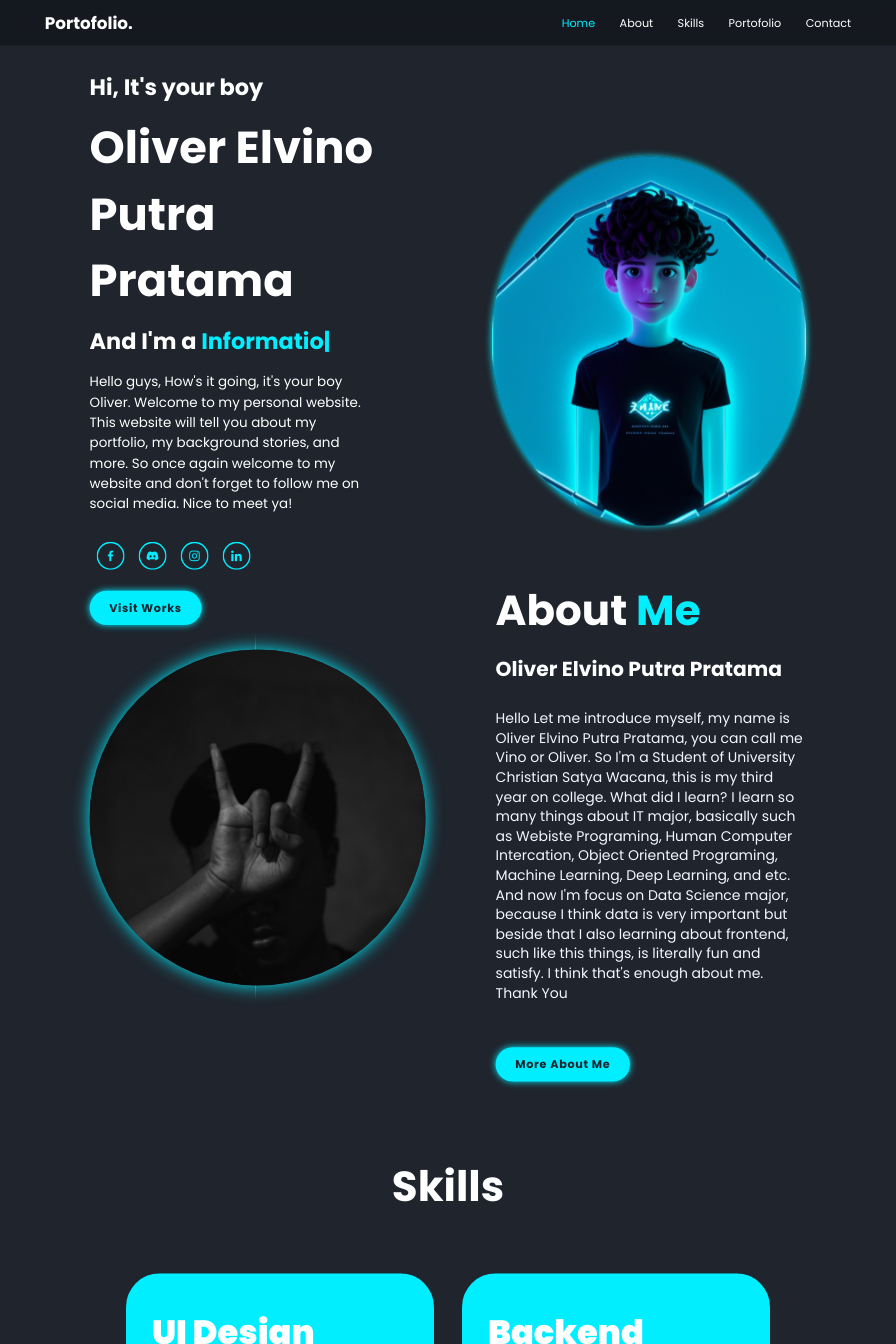
Repository: Olovrelvino/personalWebsite-HtmlCssJs-project
Page: main.html
The author's editor kept a copy of each file at every save. The page is drawn from the files as they stood at one save, then again after the next save.
The browser window is 1280 px wide. The pictures show the part of the page from y = 0 to 1920 px (the page is 3753 px tall before and 3629 px after), at 70% of full size.
Some web libraries are served in a nearby version.

Above is the page before, as saved 2024-09-23 22:51:30.

After the next save:
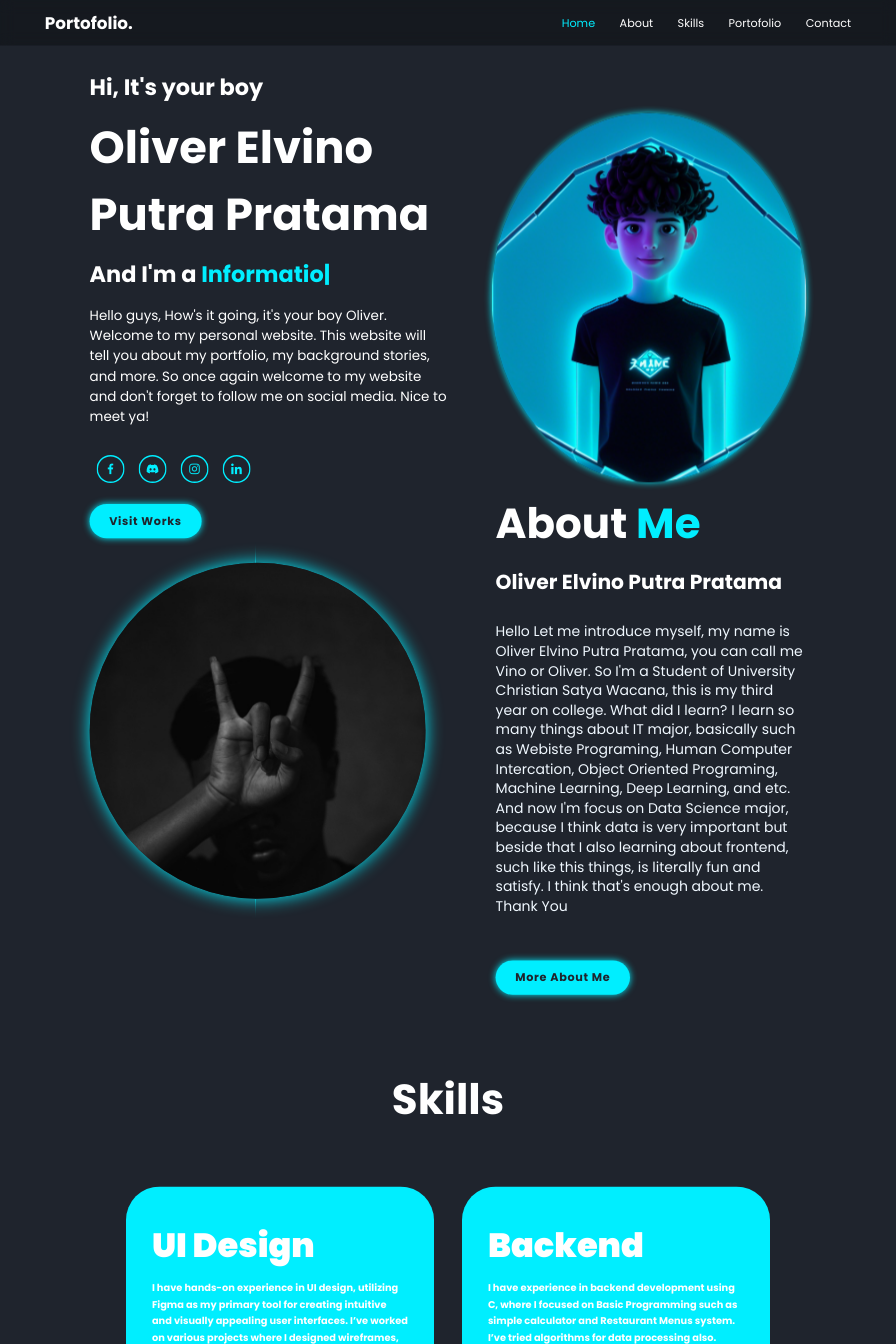
Saved 7 s later.
--- a/style.css
+++ b/style.css
@@ -232,7 +232,7 @@ body {
     }
 
     .home-content {
-      max-width: 40%;
+      max-width: 50%;
       text-align: left;
     }
 
